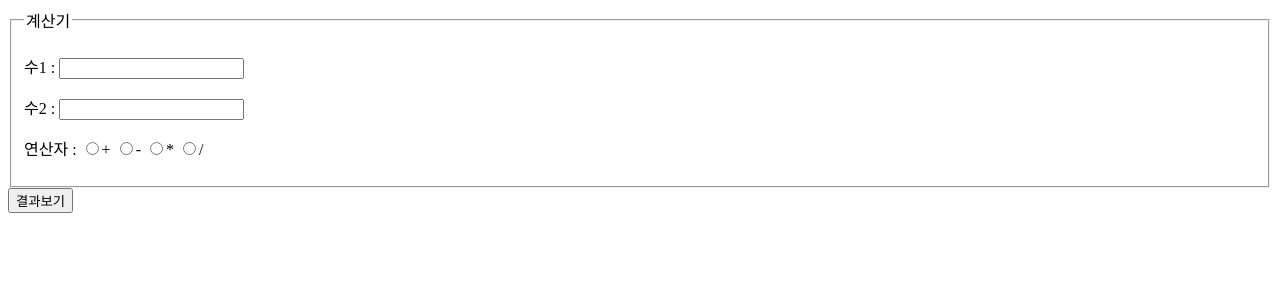
Repository: hocube/jspstudy
Page: 01_servlet/src/main/webapp/view/ex07.html
An editor plug-in stored every save of this project. The page is shown before and after the next save, followed by the edit.
The browser window is 1280 px wide. The pictures show the whole page.

Above is the page before, as saved 2023-06-30 04:17:00.

After the next save:
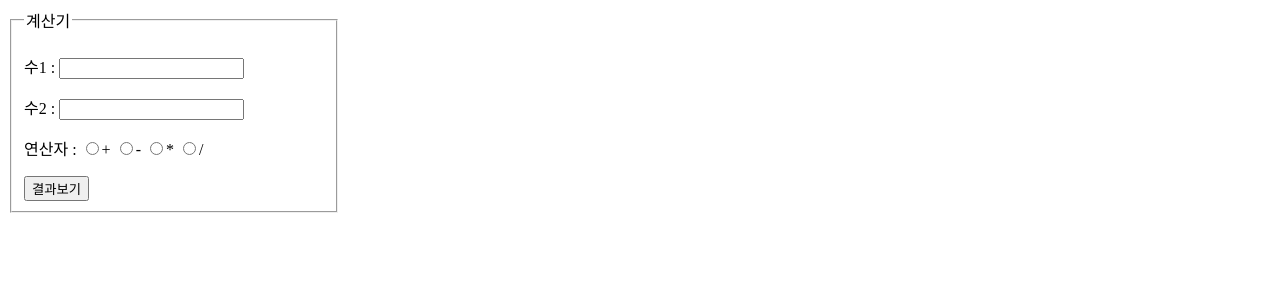
Saved 46 s later.
--- a/01_servlet/src/main/webapp/view/ex07.html
+++ b/01_servlet/src/main/webapp/view/ex07.html
@@ -3,6 +3,11 @@
 <head>
 <meta charset="UTF-8">
 <title>계산기</title>
+<style type="text/css">
+	fieldset {
+		width: 300px;
+}
+</style>
 </head>
 <body>
 	<div id = "mydiv">
@@ -19,8 +24,8 @@
 					<input type="radio" id = "op" value= "*">*
 					<input type="radio" id = "op" value= "/">/
 				</p>
+				<input type="submit" value="결과보기">
 			</fieldset>
-				<input type="submit" value="결과보기">
 		</form>
 	</div>
 </body>
